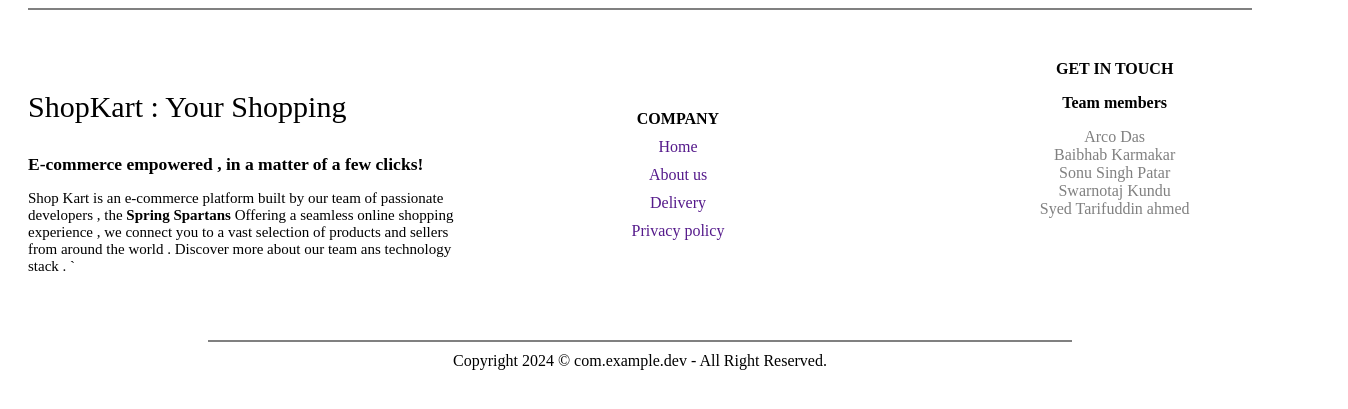
Repository: BaibhabKarmakar/Ecommerce-website-frontend
Page: http://localhost/Ecommerce-website/templates/footer.jsp
An editor plug-in stored every save of this project. The page is shown before and after the next save, followed by the edit.
The browser window is 1280 px wide. The page is 1348 px wide, so the pictures cover 1348 px, including what lies to the right of the window. The pictures show the whole page.
The page is served by Tomcat 9.

Above is the page before, as saved 2024-10-20 14:44:11.

After the next save:
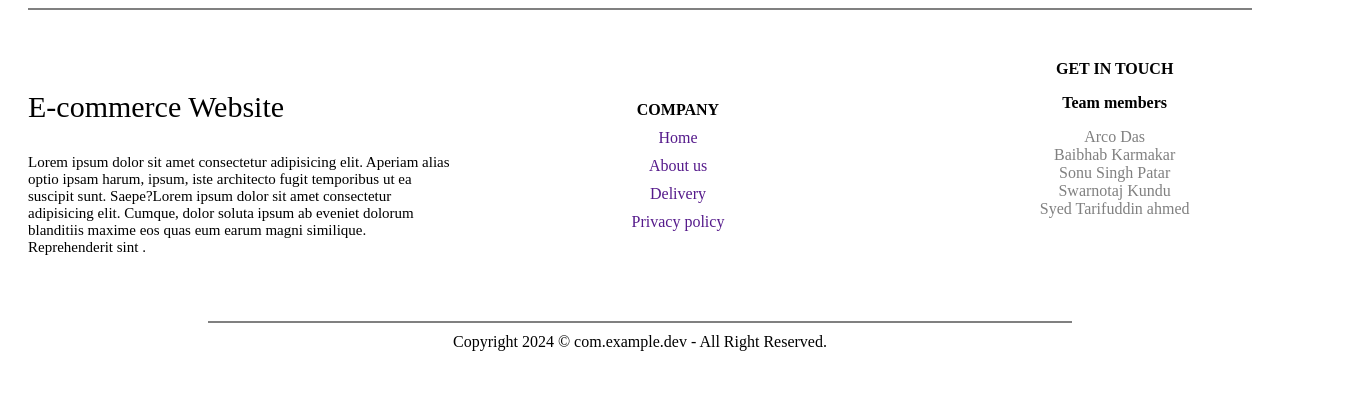
Saved 3 min 37 s later.
--- a/Ecommerce-website/src/main/webapp/templates/footer.jsp
+++ b/Ecommerce-website/src/main/webapp/templates/footer.jsp
@@ -11,13 +11,16 @@
     <div class="breaker"></div>
     <div class="footer" id="aboutusSection">
       <div class="company-name">
-        <p>ShopKart : Your Shopping</p>
+        <p>E-commerce Website</p>
         <div>
-          <div class="description">
-            <h3 style="font-family:'Times New Roman', Times, serif; margin : 10px 0px;">E-commerce empowered , in a matter of a few clicks!</h3>
-            <p>Shop Kart is an e-commerce platform built by our team of passionate developers , the <b>Spring Spartans</b>
-            Offering a seamless online shopping experience , we connect you to a vast selection of products and sellers from around the world . Discover more about our team ans technology stack . `</p>
-          </div>
+          <p class="description">
+            Lorem ipsum dolor sit amet consectetur adipisicing elit. Aperiam
+            alias optio ipsam harum, ipsum, iste architecto fugit temporibus ut
+            ea suscipit sunt. Saepe?Lorem ipsum dolor sit amet consectetur
+            adipisicing elit. Cumque, dolor soluta ipsum ab eveniet dolorum
+            blanditiis maxime eos quas eum earum magni similique. Reprehenderit
+            sint .
+          </p>
         </div>
       </div>
       <div class="options">
